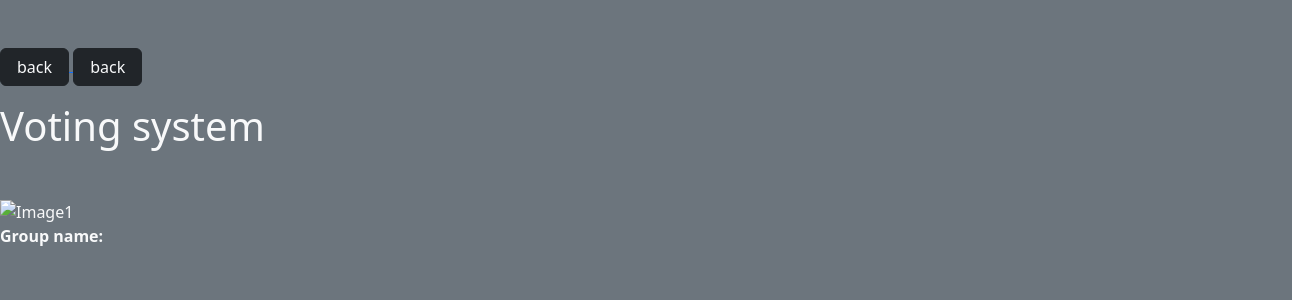
Repository: AvinashLikesToLearnNewStuff/VotingSite
Page: http://localhost/partials/dashboard.php
The author's editor kept a copy of each file at every save. The page is drawn from the files as they stood at one save, then again after the next save.
The browser window is 1280 px wide. The page is 1292 px wide, then 1280 px, so the pictures cover 1292 px, including what lies to the right of the window. The pictures show the whole page.
The page is run by PHP 8.4 with error messages shown; the project is at /var/www/html/. The session is filled in as if someone had signed in: {"groups": 1, "id": 1, "status": 1, "data": {"id": 1, "_id": "000000000000000000000001", "name": "Test User", "username": "testuser", "email": "test@example.com", "role": "admin"}}. Other server files are loaded and not shown.

Above is the page before, as saved 2023-03-10 19:43:20.

### partials/dashboard.php
<!DOCTYPE html>
<html lang="en">
<head>
    <meta charset="UTF-8">
    <meta http-equiv="X-UA-Compatible" content="IE=edge">
    <meta name="viewport" content="width=device-width, initial-scale=1.0">
    <title>Voting System dashboard</title>
        <!-- bootstrap css link -->
     <link href="https://cdn.jsdelivr.net/npm/bootstrap@5.2.3/dist/css/bootstrap.min.css" rel="stylesheet" integrity="sha384-rbsA2VBKQhggwzxH7pPCaAqO46MgnOM80zW1RWuH61DGLwZJEdK2Kadq2F9CUG65" crossorigin="anonymous">


</head>
<body class="bg-secondary text-light">
    <div class="contianer my-5">

    <a href="../">
        <button class="btn btn-dark text-light px-3">back</button>
    </a>
    <a href="logout.php">

        <button class="btn btn-dark text-light px-3">back</button>
    </a>
<h1 class = "my-3">Voting system</h1>
<div class="row my-5">
    <div class="col-md-7">
        <!-- groups -->
        <div class="row">
            <div class="col-mod-4">
<img src="" alt="Image1">
            </div>
            <div class="col-mod-8">
<strong >Group name:</strong>
            </div>
        </div>
    </div>
    <div class="col-md-5">
        <!-- user -->
    </div>
</div>
    </div>
</body>
</html>

After the next save:
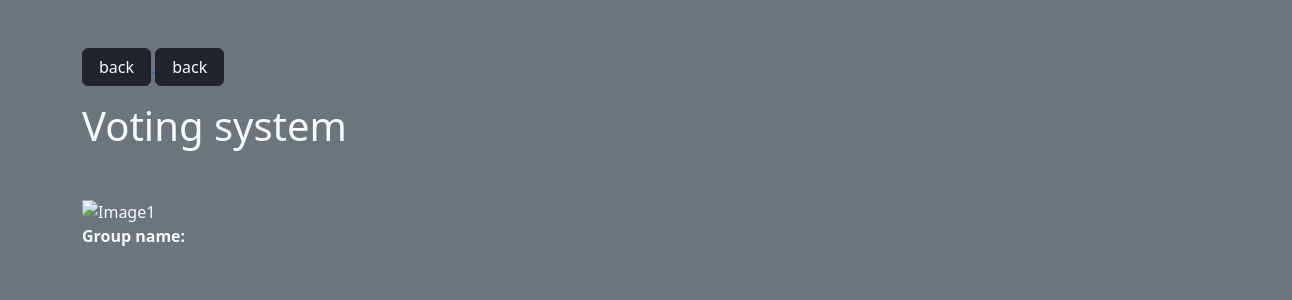
Saved 76 s later.
--- a/partials/dashboard.php
+++ b/partials/dashboard.php
@@ -10,8 +10,9 @@
 
 
 </head>
+
 <body class="bg-secondary text-light">
-    <div class="contianer my-5">
+    <div class="container my-5">
 
     <a href="../">
         <button class="btn btn-dark text-light px-3">back</button>
